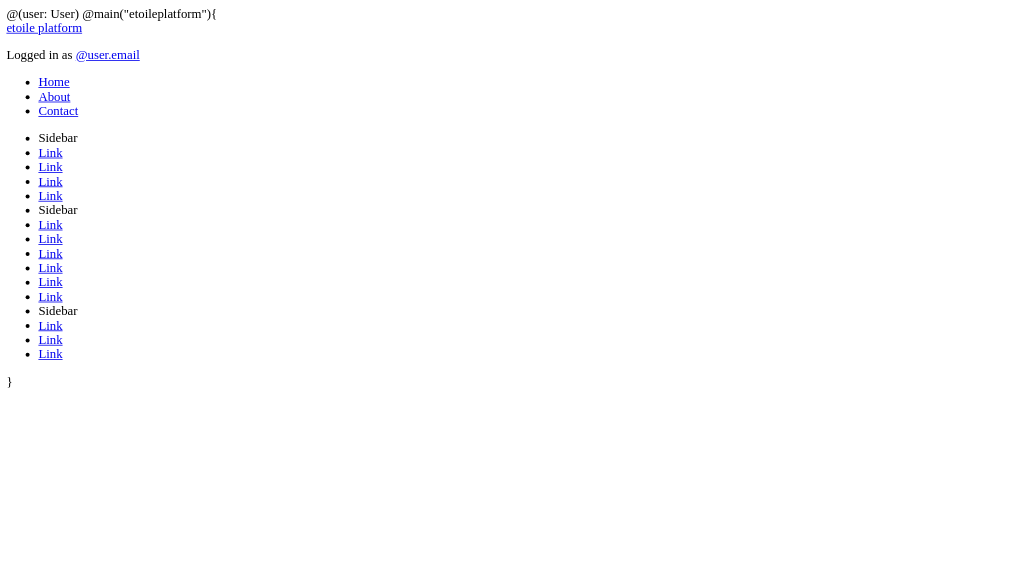
Repository: lopesdasilva/etoile
Page: etoile-play/.target/views/home.scala.html
These files come from the project's save history. The page is drawn as it stood at one moment and after the next save; the edit follows.
The browser window is 1280 px wide. The pictures show the whole page, at 80% of full size.

Above is the page before, as saved 2012-10-23 14:14:02.

After the next save:
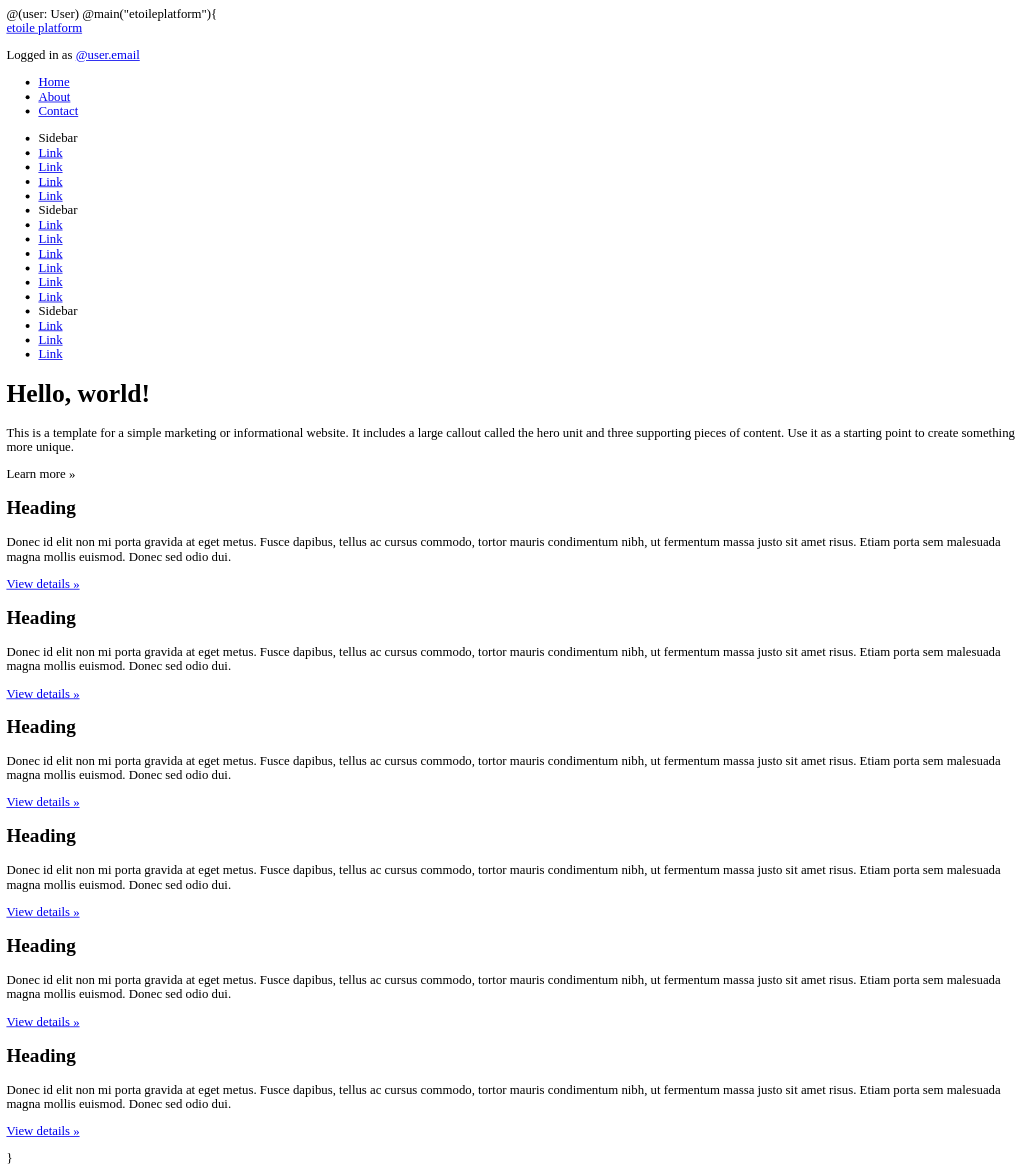
Saved 48 s later.
--- a/etoile-play/.target/views/home.scala.html
+++ b/etoile-play/.target/views/home.scala.html
@@ -49,6 +49,50 @@
             </ul>
           </div><!--/.well -->
         </div><!--/span-->
+       <div class="span9">
+          <div class="hero-unit">
+            <h1>Hello, world!</h1>
+            <p>This is a template for a simple marketing or informational website. It includes a large callout called the hero unit and three supporting pieces of content. Use it as a starting point to create something more unique.</p>
+            <p><a class="btn btn-primary btn-large">Learn more &raquo;</a></p>
+          </div>
+          <div class="row-fluid">
+            <div class="span4">
+              <h2>Heading</h2>
+              <p>Donec id elit non mi porta gravida at eget metus. Fusce dapibus, tellus ac cursus commodo, tortor mauris condimentum nibh, ut fermentum massa justo sit amet risus. Etiam porta sem malesuada magna mollis euismod. Donec sed odio dui. </p>
+              <p><a class="btn" href="#">View details &raquo;</a></p>
+            </div><!--/span-->
+            <div class="span4">
+              <h2>Heading</h2>
+              <p>Donec id elit non mi porta gravida at eget metus. Fusce dapibus, tellus ac cursus commodo, tortor mauris condimentum nibh, ut fermentum massa justo sit amet risus. Etiam porta sem malesuada magna mollis euismod. Donec sed odio dui. </p>
+              <p><a class="btn" href="#">View details &raquo;</a></p>
+            </div><!--/span-->
+            <div class="span4">
+              <h2>Heading</h2>
+              <p>Donec id elit non mi porta gravida at eget metus. Fusce dapibus, tellus ac cursus commodo, tortor mauris condimentum nibh, ut fermentum massa justo sit amet risus. Etiam porta sem malesuada magna mollis euismod. Donec sed odio dui. </p>
+              <p><a class="btn" href="#">View details &raquo;</a></p>
+            </div><!--/span-->
+          </div><!--/row-->
+          <div class="row-fluid">
+            <div class="span4">
+              <h2>Heading</h2>
+              <p>Donec id elit non mi porta gravida at eget metus. Fusce dapibus, tellus ac cursus commodo, tortor mauris condimentum nibh, ut fermentum massa justo sit amet risus. Etiam porta sem malesuada magna mollis euismod. Donec sed odio dui. </p>
+              <p><a class="btn" href="#">View details &raquo;</a></p>
+            </div><!--/span-->
+            <div class="span4">
+              <h2>Heading</h2>
+              <p>Donec id elit non mi porta gravida at eget metus. Fusce dapibus, tellus ac cursus commodo, tortor mauris condimentum nibh, ut fermentum massa justo sit amet risus. Etiam porta sem malesuada magna mollis euismod. Donec sed odio dui. </p>
+              <p><a class="btn" href="#">View details &raquo;</a></p>
+            </div><!--/span-->
+            <div class="span4">
+              <h2>Heading</h2>
+              <p>Donec id elit non mi porta gravida at eget metus. Fusce dapibus, tellus ac cursus commodo, tortor mauris condimentum nibh, ut fermentum massa justo sit amet risus. Etiam porta sem malesuada magna mollis euismod. Donec sed odio dui. </p>
+              <p><a class="btn" href="#">View details &raquo;</a></p>
+            </div><!--/span-->
+          </div><!--/row-->
+        </div><!--/span-->
+      </div><!--/row-->
+
+
         </div>
         </div>
 }
